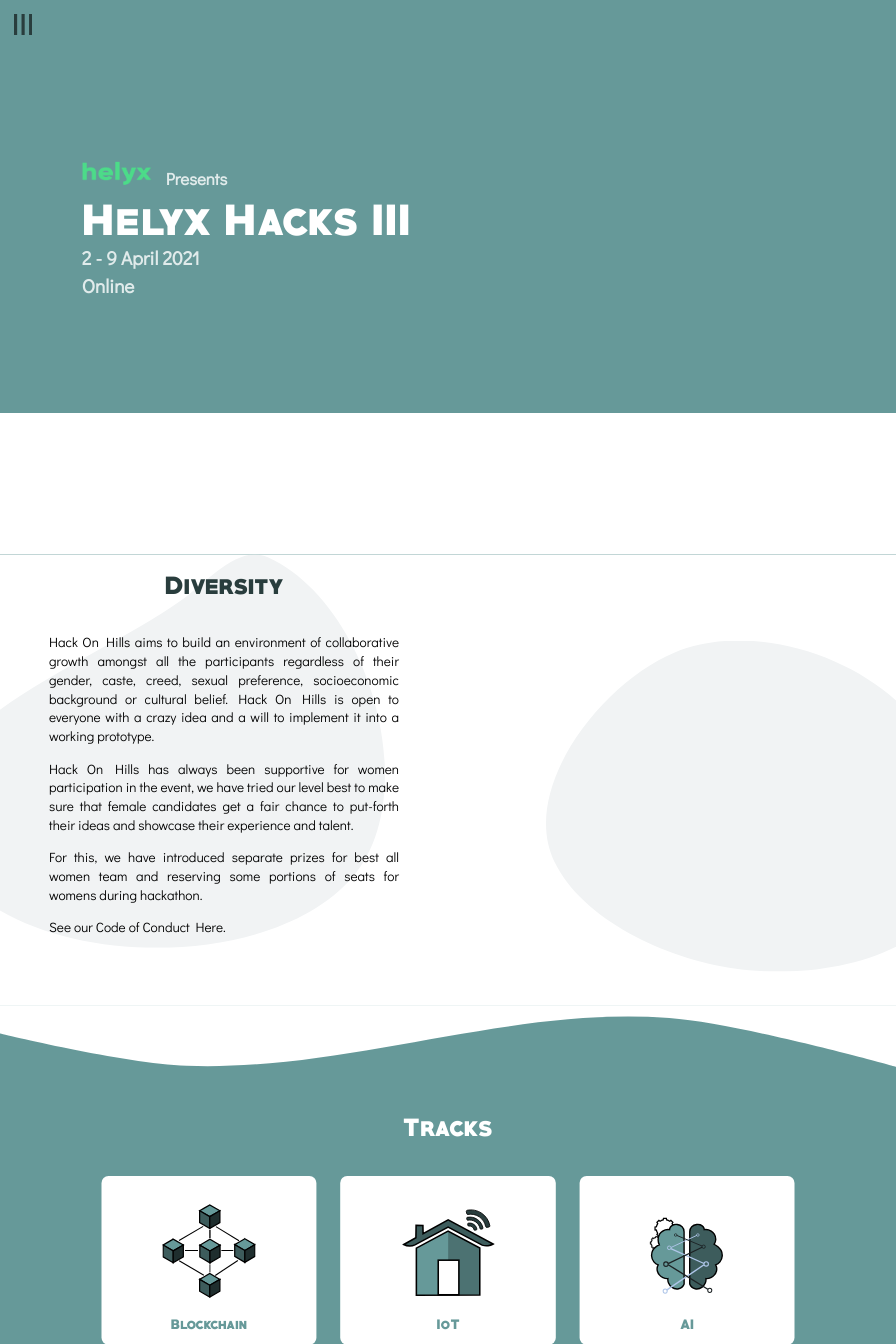
Repository: yashg4509/helyxhacksIII
Page: index.html
These files come from the project's save history. The page is drawn as it stood at one moment and after the next save; the edit follows.
The browser window is 1280 px wide. The pictures show the part of the page from y = 0 to 1920 px (the page is 8956 px tall), at 70% of full size.
A picture or video elsewhere on the page could not be fetched, so the positions and the page height are approximate.

Above is the page before, as saved 2021-02-17 22:19:34.

### index.html
<!DOCTYPE html>
<html>
<head>
	<title> Helyx Hacks III</title>
	<meta http-equiv="Content-Type" content="text/html; charset=UTF-8">
	<meta name="viewport" content ="width=device-width, initial-scale=1.0, user-scalable=no">
	<meta name="description" content="Helyx Hacks III - Third edition of annual hackathon organized by The Helyx Initiative">
	<meta name="author" content="Yash Gupta <yash@helyxscience.org>">
	<link rel="shortcut icon" href="./images/new_logo.png" type="image/x-icon" />
	<link rel="stylesheet" type="text/css" href="./css/main.css">
	<link rel="stylesheet" type="text/css" href="./css/responsive.css">
	<link href="https://fonts.googleapis.com/css?family=Didact+Gothic" rel="stylesheet">
	<script src="https://code.jquery.com/jquery-3.3.1.js" integrity="sha256-2Kok7MbOyxpgUVvAk/HJ2jigOSYS2auK4Pfzbm7uH60=" crossorigin="anonymous"></script>
	<!-- <script>
		document.addEventListener('DOMContentLoaded', function () {
			let devfolioOptions = {
					buttonSelector: '#devfolio-apply-now',
					key: 'hackonhills',
			}

			let script = document.createElement('script');
			script.src = "https://apply.devfolio.co";
			document.head.append(script);

			script.onload = function () {
					new Devfolio(devfolioOptions);
					let e1 = document.createElement('div');
					e1.className = "button-back";
					document.getElementById("devfolio-apply-now").appendChild(e1);
			}

			script.onerror = function () {
					document.querySelector(devfolioOptions.buttonSelector).addEventListener('click', function () {
						window.location.href = 'https://devfolio.co/external-apply/' + devfolioOptions.key;
					});
			}
		});
	</script> -->
</head>
<body>
	<div class="header">
		<div class="blurred"></div>
		<ul class="nav">
			<li class="head">
				<span class="closeHeader">
					<img src="./images/cross.svg">
				</span>
			</li>
			<li class="navItem active"> Home </li>
			<li class="navItem"> Diversity </li>
			<!-- <li class="navItem"> Gallery </li> -->
			<li class="navItem"> Tracks </li>
			<li class="navItem"> Schedule </li>
			<li class="navItem"> Sponsors </li>
			<li class="navItem"> Prizes </li>
			<li class="navItem"> FAQs </li>
		</ul>
	</div>
	<div class="fullOverlay"></div>
	<div class="content">
		<div class="hamburger">
			<img src="./images/menu.svg">
		</div>
		<div class="appteam-logo">
			<!--<img src="./images/logo.svg" title="App Team NITH">-->
		</div>
		<div class="frame frame1">
			<img src="./images/back-1.svg" class="img-back">
			<div class="frame1-right">
				<img src="./images/frame1-icon.svg">
			</div>
			<div class="frame1-left">
				<div class="content">
					<div class="sponsor-name"> <img src="./images/Helyx_Logo.png" class="github-home-icon"> Presents </div>
					<div class="name"> Helyx Hacks III</div><br>
					<div class="date"> 2 - 9 April 2021 </div><br>
					<div class="date"> Online </div>
					<!-- <div class="devfolio">
						<button id="devfolio-apply-now"> Apply With Devfolio </button>
					</div> -->
				</div>
			</div>
			<!-- <div class="app-team-icon">
				<img src="./images/appteam.png">
			</div> -->
		</div>
		<div class="frame frame2">
			<img class="img-back-left" src="./images/back-2.svg">
			<img class="img-back" src="./images/back-3.svg">
			<div class="frame2-left">
				<img src="./images/frame1-right.svg">
			</div>
			<div class="frame2-right">
				<div class="name"> Diversity </div>
				<div class="content">
					<p>
						Hack On Hills aims to build an environment of collaborative growth amongst all the participants regardless of their gender, caste, creed, sexual preference, socioeconomic background or cultural belief. Hack On Hills is open to everyone with a crazy idea and a will to implement it into a working prototype.
					</p>
					<p>
						Hack On Hills has always been supportive for women participation in the event, we have tried our level best to make sure that female candidates get a fair chance to put-forth their ideas and showcase their experience and talent.
					</p>
					<p>
						For this, we have introduced separate prizes for best all women team and reserving some portions of seats for womens during hackathon.
					</p>
					<p>
						See our Code of Conduct <a href="https://hackcodeofconduct.org/847-hack_on_hills" target="__blank">Here</a>.
					</p>
				</div>
			</div>
		</div>
		<div class="frame frame3">
			<img src="./images/back-4.svg" class="img-back">
			<img src="./images/back-5.svg" class="img-back-bottom">
			<div class="frame5-content">
				<div class="name"> Tracks </div>
				<div class="track-icons">
					<div class="a-track">
						<div class="colorless">
							<img src="./images/Tracks/blockchain.svg">
						</div>
						<div class="colorful">
							<img src="./images/Tracks/blockchain-color.svg">
						</div>
						<div class="track-name">
							Blockchain
						</div>
					</div>
					<div class="a-track">
						<div class="colorless">
							<img src="./images/Tracks/iot.svg">
						</div>
						<div class="colorful">
							<img src="./images/Tracks/iot-color.svg">
						</div>
						<div class="track-name">
							IoT
						</div>
					</div>
					<div class="a-track">
						<div class="colorless">
							<img src="./images/Tracks/ai.svg">
						</div>
						<div class="colorful">
							<img src="./images/Tracks/ai-color.svg">
						</div>

						<div class="track-name">
							AI
						</div>
					</div>
					<div class="a-track">
						<div class="colorless">
							<img src="./images/Tracks/webapp.svg">
						</div>
						<div class="colorful">
							<img src="./images/Tracks/webapp-color.svg">
						</div>
						<div class="track-name">
							Web&nbsp;/&nbsp;App
						</div>
					</div>
					<div class="a-track">
						<div class="colorless">
							<img src="./images/Tracks/vr.svg">
						</div>
						<div class="colorful">
							<img src="./images/Tracks/vr-color.svg">
						</div>
						<div class="track-name">
							AR&nbsp;/&nbsp;VR
						</div>
					</div>
					<div class="a-track">
						<div class="colorless">
							<img src="./images/Tracks/general.svg">
						</div>
						<div class="colorful">
							<img src="./images/Tracks/general-color.svg">
						</div>
						<div class="track-name">
							General
						</div>
					</div>
				</div>
			</div>
		</div>
		<div class="frame frame4">
			<img class="img-back-left" src="./images/back-3.svg">
			<img class="img-back" src="./images/back-2.svg">
			<div class="frame4-left">
				<img src="./images/frame2-right.svg">
			</div>
			<div class="frame4-right">
				<div class="name"> Timeline </div>
				<div class="timeline">
					<div class="schedule schedule-1">
						<div class="dot"></div>
						<div class="schedule-content">
							<div class="schedule-date"> 8th March 2019 </div>
							<div class="schedule-title"> Opening Ceremony and Pre Hackathon meet </div>
							<div class="schedule-text"> <span class="schedule-time"> 4:00 PM - </span> Inauguration </div>
							<div class="schedule-text"> <span class="schedule-time"> 4:25 PM - 4:30 PM - </span> Schedule + Rules of Events </div>
							<div class="schedule-text"> <span class="schedule-time"> 4:30 PM - 5:00 PM - </span> Github Keynote </div>
							<div class="schedule-text"> <span class="schedule-time"> 5:00 PM - 5:30 PM - </span> Mozilla AR/VA Talk </div>
							<div class="schedule-text"> <span class="schedule-time"> 5:30 PM - 6:00 PM - </span> Coding Blocks ML Talk </div>
							<div class="schedule-text"> <span class="schedule-time"> 6:00 PM - 7:00 PM - </span> Doubts and Team formation discussions </div>
						</div>
					</div>
					<div class="schedule schedule-2">
						<div class="dot"></div>
						<div class="schedule-content">
							<div class="schedule-date"> 9th March 2019 </div>
							<div class="schedule-title"> Hacking begins </div>
							<div class="schedule-text"> <span class="schedule-time"> 8:00 AM - </span> Commencement of Hackathon Day-1 </div>
							<div class="schedule-text"> <span class="schedule-time"> 11:00 AM - 12:00 PM - </span> Coding Blocks ML Workshop </div>
							<div class="schedule-text"> <span class="schedule-time"> 2:00 PM - 8:00 PM - </span> Evaluation Day-1 </div>
							<div class="schedule-text"> <span class="schedule-time"> 2:00 PM - 3:00 PM - </span> Github Workshop </div>
							<div class="schedule-text"> <span class="schedule-time"> 3:00 PM - 3:30 PM - </span> Quicknode Workshop </div>
						</div>
					</div>
					<div class="schedule schedule-3">
						<div class="dot"></div>
						<div class="schedule-content">
							<div class="schedule-date"> 10th March 2019 </div>
							<div class="schedule-title"> Presentation and Judgement </div>
							<div class="schedule-text"> <span class="schedule-time"> 1:30 PM - 4:00 PM - </span> Evaluation Day-2 </div>
							<div class="schedule-text"> <span class="schedule-time"> 4:00 PM - </span> Code Submission Deadline on Devfolio </div>
							<div class="schedule-text"> <span class="schedule-time"> 4:00 PM - 5:00 PM - </span> Photoshoot </div>
							<div class="schedule-text"> <span class="schedule-time"> 5:00 PM - 5:30 PM - </span> Announcement of Teams for Presentation </div>
							<div class="schedule-text"> <span class="schedule-time"> 5:30 PM - 7:30 PM - </span> Presentations of Selected Teams </div>
							<div class="schedule-text"> <span class="schedule-time"> 7:30 PM - 7:45 PM - </span> Felicitation </div>
							<div class="schedule-text"> <span class="schedule-time"> 7:45 PM - 8:00 PM - </span> Prize Distribution </div>
							<div class="schedule-text"> <span class="schedule-time"> 8:00 PM - 8:15 PM - </span> Vote of Thanks </div>
						</div>
					</div>
				</div>
			</div>
		</div>
		<div class="frame frame5">
			<img src="./images/back-4.svg" class="img-back">
			<img src="./images/back-5.svg" class="img-back-bottom">
			<div class="frame5-content">
				<div class="name"> Sponsors </div>
				<div class="sponsor-icons">
					<div class="sponsor-icon main-sponsor">
						<a href="http://github.com/" target="__blank"><img src="./images/Sponsors/GitHub_Logo.png"></a>
					</div>
					<div class="sponsor-icon">
						<a href="https://ebizontek.com/" target="__blank"><img src="./images/Sponsors/EbizON-LOGO.png"></a>
					</div>
					<div class="sponsor-icon dev-icon">
						<a href="https://devfolio.co/" target="__blank"><img src="./images/Sponsors/devfolio.png"></a>
					</div>
					<div class="sponsor-icon">
						<a href="https://simbachain.com/" target="__blank"><img src="./images/Sponsors/SIMBA_logo-h.png"></a>
					</div>
					<div class="sponsor-icon square-icon">
						<a href="https://quiknode.io/" target="__blank"><img src="./images/Sponsors/QuikNode.png"></a>
					</div>
					<div class="sponsor-icon">
						<a href="https://matic.network/" target="__blank"><img src="./images/Sponsors/Matic_Logo.png"></a>
					</div>
					<div class="sponsor-icon dev-icon">
						<a href="https://metabrainz.org/" target="__blank"><img src="./images/Sponsors/meta.png"></a>
					</div>
					<div class="sponsor-icon">
						<a href="https://about.gitlab.com/" target="__blank"><img src="./images/Sponsors/gitlab.png"></a>
					</div>
					<div class="sponsor-icon square-icon">
						<a href="https://himachal.nic.in/en-IN/" target="__blank"><img src="./images/Sponsors/himachal govt logo.png"></a>
					</div>
					<div class="sponsor-icon dev-icon">
						<a href="https://codingblocks.com/" target="__blank"><img src="./images/Sponsors/Logo_DarkGrey_ NoShadow.png"></a>
					</div>
					<div class="sponsor-icon square-icon">
						<a href="https://zulipchat.com/" target="__blank"><img src="./images/Sponsors/zulip-logo.png"></a>
					</div>
					<div class="sponsor-icon">
						<a href="https://hasura.io/" target="__blank"><img src="./images/Sponsors/hasura_logo_horizontal_black.png"></a>
					</div>
					<div class="sponsor-icon">
						<a href="https://www.roposo.com/" target="__blank"><img src="./images/Sponsors/roposo.png"></a>
					</div>

					<div class="sponsor-icon">
						<a href="https://socialcops.com/" target="__blank"><img src="./images/Sponsors/socialcops.png"></a>
					</div>
					<div class="sponsor-icon dev-icon">
						<a href="https://www.stickermule.com/" target="__blank"><img src="./images/Sponsors/sticker-mule-logo-dark.png"></a>
					</div>
					<div class="sponsor-icon dev-icon">
						<a href="https://www.stickwidit.com/" target="__blank"><img src="./images/Sponsors/stickwidit.png"></a>
					</div>
					<div class="sponsor-icon square-icon">
						<a href="https://duassassins.in/" target="__blank"><img src="./images/Sponsors/Team Du Assassins!  20180619_140523.jpg"></a>
					</div>
					<div class="sponsor-icon dev-icon">
						<a href="https://www.hellointern.com/" target="__blank"><img src="./images/Sponsors/HI-Logo-PNG.png"></a>
					</div>
					<div class="sponsor-icon dev-icon">
						<a href="http://ohcampus.com/v2/" target="__blank"><img src="./images/Sponsors/OhCampus New Logo.png"></a>
					</div>
					<div class="sponsor-icon middle-icon">
						<a href="https://www.producthunt.com/" target="__blank"><img src="./images/Sponsors/product-hunt.png"></a>
					</div>
					<div class="sponsor-icon square-icon">
						<a href="https://www.jetbrains.com/" target="__blank"><img src="./images/Sponsors/JetBrains-Logo.svg"></a>
					</div>
					<div class="sponsor-icon">
						<a href="https://www.sketchapp.com/" target="__blank"><img src="./images/Sponsors/sketch-logo-light-transparent@2x.png"></a>
					</div>
					<div class="sponsor-icon square-icon">
						<a href="https://www.creative-tim.com/" target="__blank"><img src="./images/Sponsors/Creative-tim.png"></a>
					</div>
					<div class="sponsor-icon">
						<a href="https://www.bugsee.com/" target="__blank"><img src="./images/Sponsors/bugsee.png"></a>
					</div>
				</div>
				<div class="frame5-text">
					Interested in making 'Hack on Hills' a huge success.<br>
					Come join us by sponsoring us. Check the &nbsp;<a href="./pdf/sponsorship-brochure.pdf" target="__blank">Sponsorship Brochure</a>&nbsp; for more details.
				</div>
			</div>
		</div>
		<div class="frame frame6">
			<img src="./images/back-6.svg" class="img-back-left">
			<img src="./images/back-7.svg" class="img-back-right">
			<div class="name"> Prizes </div>
			<div class="prizes">
				<div class="prizes-cont">
					<div class="prize">
						<div class="prize-img">
							<img src="./images/new_logo.png">
						</div>
						<div class="prize-text">
							First Prize : ₹ 15000 Cash
						</div>
					</div>
					<div class="prize">
						<div class="prize-img">
							<img src="./images/new_logo.png">
						</div>
						<div class="prize-text">
							Second Prize : ₹ 10000 Cash
						</div>
					</div>
					<div class="prize">
						<div class="prize-img">
							<img src="./images/new_logo.png">
						</div>
						<div class="prize-text">
							Third Prize : ₹ 5000 Cash
						</div>
					</div>
					<div class="prize">
						<div class="prize-img">
							<img src="./images/new_logo.png">
						</div>
						<div class="prize-text">
							Most Innovative : ₹ 5000 Cash
						</div>
					</div>
					<div class="prize">
						<div class="prize-img">
							<img src="./images/new_logo.png">
						</div>
						<div class="prize-text">
							Diversity Prize : ₹ 5000 Cash
						</div>
					</div>
					<div class="prize">
						<div class="prize-img">
							<img src="./images/new_logo.png">
						</div>
						<div class="prize-text">
							Best social media post tagging Hack on Hills - Special Schwags
						</div>
					</div>
					<div class="prize">
						<div class="prize-img">
							<img class="img-square" src="./images/Sponsors/zulip-logo.png">
						</div>
						<div class="prize-text">
							Best App using Zulip API - 100$
						</div>
					</div>
					<div class="prize">
						<div class="prize-img">
							<img src="./images/Sponsors/hasura_logo_horizontal_black.png">
						</div>
						<div class="prize-text">
							Best App using GraphQL - ₹ 5000 Flipkart Voucher
						</div>
					</div>
					<div class="prize">
						<div class="prize-img">
							<img src="./images/Sponsors/Matic_Logo.png">
						</div>
						<div class="prize-text">
							Best Ethereum App - ₹ 5000 Cash
						</div>
					</div>
					<div class="prize">
						<div class="prize-img">
							<img src="./images/Sponsors/devfolio.png">
						</div>
						<div class="prize-text">
							Participants developing Ethereum applications - Devfolio T-shirt
						</div>
					</div>
					<div class="prize">
						<div class="prize-img">
							<img src="./images/Sponsors/devfolio.png">
						</div>
						<div class="prize-text">
							Top 3 teams - T-Shirts/Bags and Coupons
						</div>
					</div>
					<div class="prize">
						<div class="prize-img">
							<img src="./images/Sponsors/roposo.png">
						</div>
						<div class="prize-text">
							Top 10 teams - Placement Opportunities
						</div>
					</div>
					<div class="prize">
						<div class="prize-img">
							<img src="./images/Sponsors/socialcops.png">
						</div>
						<div class="prize-text">
							Top 5 teams - Placement Opportunities
						</div>
					</div>
					<div class="prize">
						<div class="prize-img">
							<img src="./images/Sponsors/bugsee.png">
						</div>
						<div class="prize-text">
							Top 3 teams - $1000 Bugsee Credit
						</div>
					</div>
					<div class="prize">
						<div class="prize-img">
							<img src="./images/Sponsors/sketch-logo-light-transparent@2x.png">
						</div>
						<div class="prize-text">
							Top 3 teams -Sketch License
						</div>
					</div>
					<div class="prize">
						<div class="prize-img">
							<img src="./images/Sponsors/sketch-logo-light-transparent@2x.png">
						</div>
						<div class="prize-text">
							3 Licenses to be raffled among Participants
						</div>
					</div>
					<div class="prize">
						<div class="prize-img">
							<img class="img-square" src="./images/Sponsors/Creative-tim.png">
						</div>
						<div class="prize-text">
							Top 3 Teams - Access to their premium products
						</div>
					</div>
				</div>
			</div>
		</div>
		<div class="frame frame7">
			<img src="./images/back-4.svg" class="img-back">
			<img src="./images/back-5.svg" class="img-back-bottom">
			<div class="frame7-content">
				<div class="name">
					FAQs
				</div>
				<div class="faq">
					<div class="question">
						Is this hackathon an online event or offline?
					</div>
					<div class="answer">
						Hack on hills is offline event and as a participant you need to be present at NIT Hamirpur campus one or two day before the event at least.
					</div>

				</div>
				<div class="faq">
					<div class="question">
						Do this hackathon has any participation fees for students?
					</div>
					<div class="answer">
						No. The hackathon is free of cost for any student from any college all over India.
					</div>
				</div>
				<div class="faq">
					<div class="question">
						What are all the restrictions on Team formations for the event?
					</div>
					<div class="answer">
						A team can have at most 4 members and minimum of 2 members.
					</div>
				</div>
				<div class="faq">
					<div class="question">
						What should I do if I do not have any team yet?
					</div>
					<div class="answer">
						Just fill out the application form and according to skills you have filled out, we will match you with the best team possible during Pre-Hackathon meeting.
					</div>
				</div>
				<div class="faq">
					<div class="question">
						What are the Perks and Benefits of Participating in this Hackathon?
					</div>
					<div class="answer">
						Hackathon Provide hands on experience with the experts from different field working on the Projects like Blockchain, AI, Machine Learning, etc. This will help to give a head start if any one want to make project on the field. Along with that the participant will be provided with cool swags, stickers and refreshments to keep them up.
					</div>
				</div>
				<div class="faq">
					<div class="question">
						What are the Accommodation Facility for the Participant from Outside the College?
					</div>
					<div class="answer">
						Participant will be provided with Accommodation and Food in the Guest House of the College during the Hackathon Period.
					</div>
				</div>
				<div class="faq">
					<div class="question">
						How to reach NIT Hamirpur for the event?
					</div>
					<div class="answer">
						The nearest airport is Dharamshala (Gaggal, district Kangra). You can easily find flights from Delhi airport to Gaggal airport. From Gaggal bus stand, you have to take bus or private taxi to Hamirpur. Otherwise, direct buses to Hamirpur is also available from Delhi ISBT, from Chandigarh and from other places.
					</div>
				</div>
				<div class="faq">
					<div class="question">
						I have a question related to hackathon which is not listed above. What should I do?
					</div>
					<div class="answer">
						Feel free to reach us out. Just drop us a mail at <a href="mailto:hackonhills@gmail.com">hackonhills@gmail.com</a><br>
						You can also contact one of our organizers: Nitin (+91-8619295061), Aditya (+91-7976223877), Jatin (+91-7018352269)
					</div>
				</div>
			</div>
		</div>
		<div class="frame frame8">
			<div class="footer-icons">
				<a href="https://github.com/appteam-nith/HackOnHills" target="__blank"><img src="./images/github-color.svg"></a>
				<a href="https://www.facebook.com/hackonhills/" target="__blank"><img src="./images/fb-color.svg"></a>
				<a href="https://www.instagram.com/hackonhills/" target="__blank"><img src="./images/insta-color.svg"></a>
				<a href="https://twitter.com/hackonhills" target="__blank"><img src="./images/twitter-color.svg"></a>
				<a href="https://www.linkedin.com/company/hack-on-hills/" target="__blank"><img src="./images/linkedin-color.svg"></a>
				<a href="mailto:hackonhills@gmail.com"><img src="./images/email-color.svg"></a>
			</div>
			<div class="footer-text">
				<a href="https://hackcodeofconduct.org/847-hack_on_hills" target="__blank"> Code of Conduct </a>
			</div>
			<div class="footer-text">
				&copy; 2019 Team Hack on Hills
			</div>
			Made with &nbsp;&nbsp;<span class="heart">❤️</span>
		</div>
	</div>
	<script type="text/javascript" src="./js/menu.js"></script>
</body>
</html>

Loaded but not shown: images/frame1-right.svg (7954 lines, source omitted); images/frame2-right.svg (4425 lines, source omitted); js/menu.js (87 lines, source omitted); css/main.css (901 lines, source omitted); css/responsive.css (263 lines, source omitted)

After the next save:
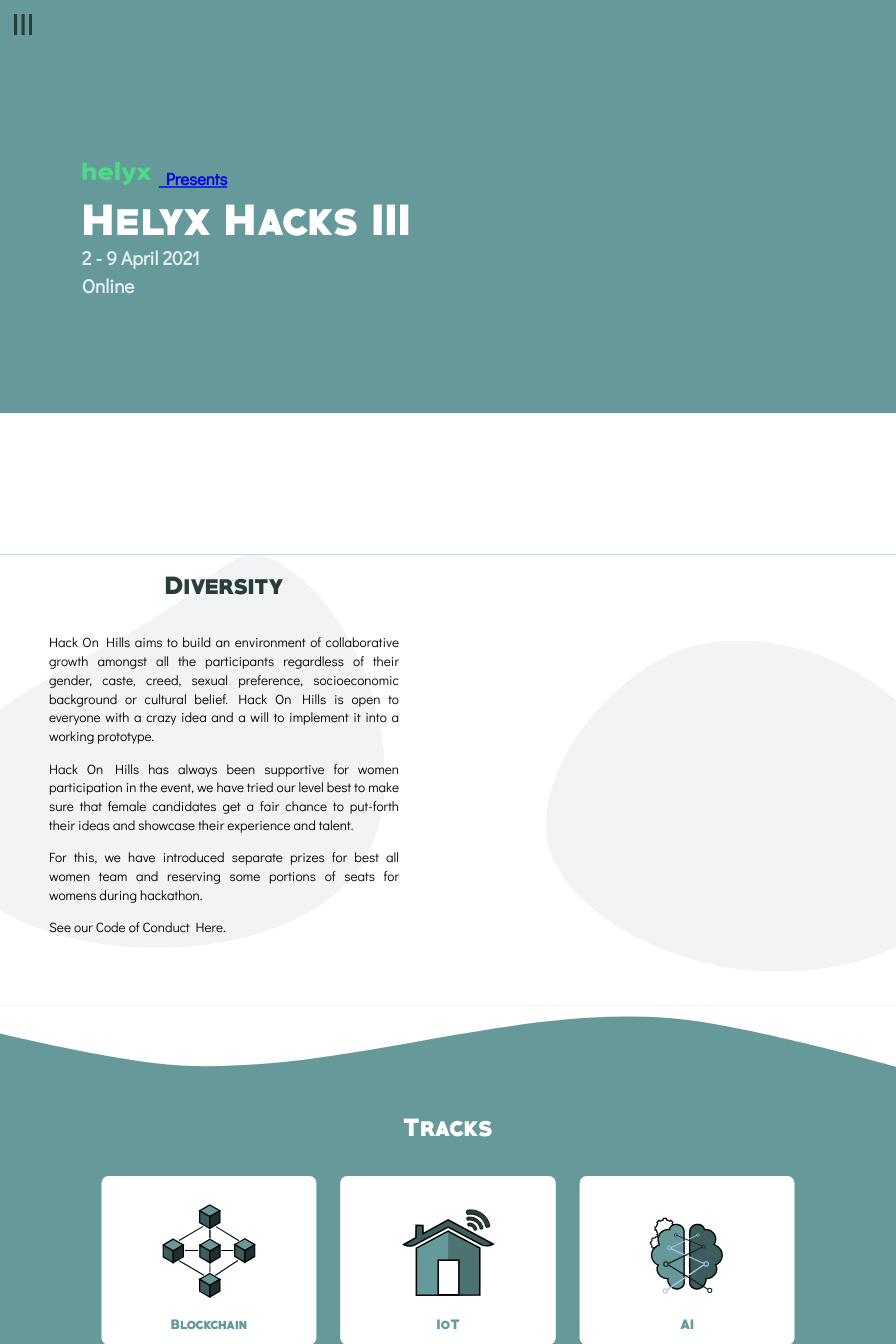
Saved 33 s later.
--- a/index.html
+++ b/index.html
@@ -71,7 +71,7 @@
 			</div>
 			<div class="frame1-left">
 				<div class="content">
-					<div class="sponsor-name"> <img src="./images/Helyx_Logo.png" class="github-home-icon"> Presents </div>
+					<div class="sponsor-name"> <a href="https://helyx.science"><img src="./images/Helyx_Logo.png" class="github-home-icon"> Presents </div>
 					<div class="name"> Helyx Hacks III</div><br>
 					<div class="date"> 2 - 9 April 2021 </div><br>
 					<div class="date"> Online </div>
